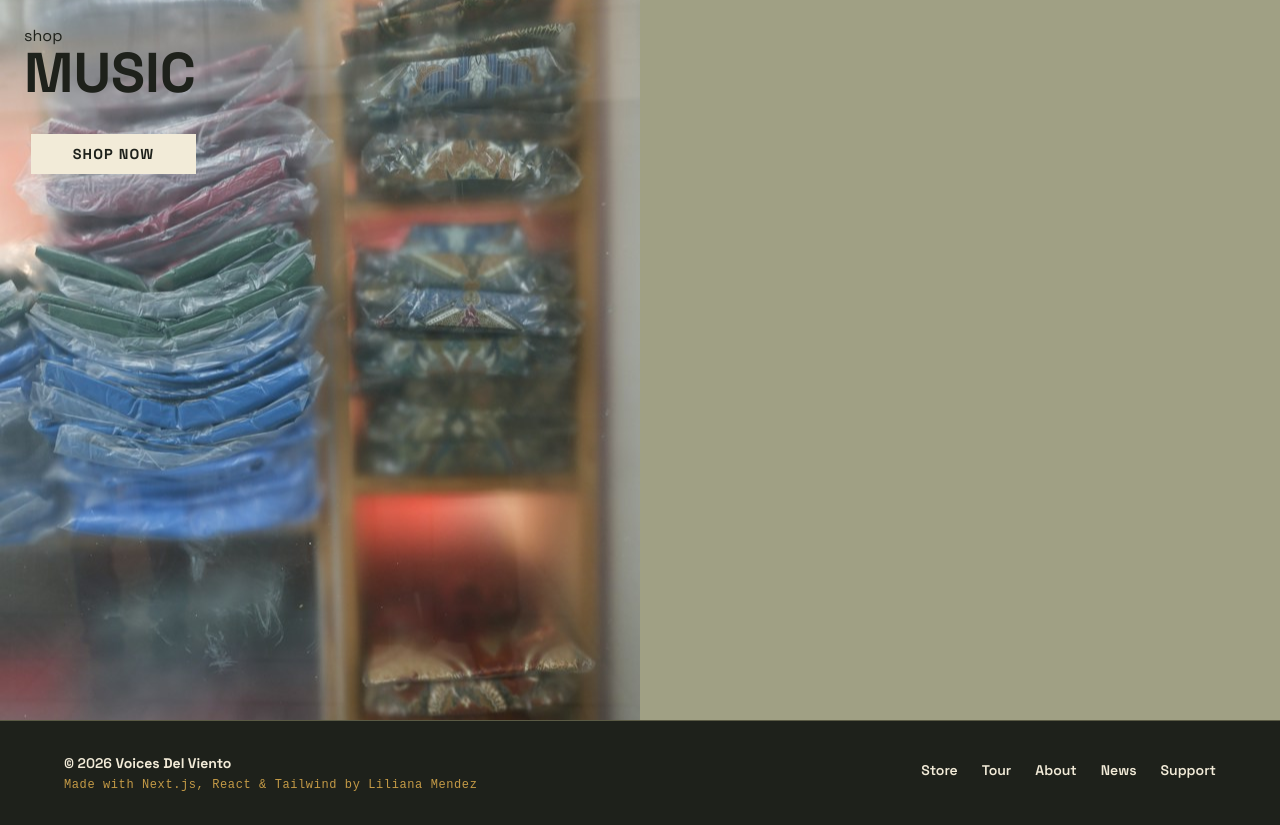
Repository: lime929/voices-del-viento
Page: /
The author's editor kept a copy of each file at every save. The page is drawn from the files as they stood at one save, then again after the next save.
The browser window is 1280 px wide. The pictures show the part of the page from y = 601 to 1426 px (the page is 1426 px tall).
The project was rebuilt for these pictures with package versions that can differ from the ones it lists, and the page was loaded fresh each time. The framework's server and built-in components were replaced by stand-ins that run in the browser. Also part of the build but not shown: next.config.mjs.

Above is the page before, as saved 2026-09-27 16:01:03.

### app/layout.jsx
import '../app/globals.css';
import Footer from '../app/components/Footer';
import NavBar from '../app/components/NavBar';


export const metadata = {
  title: "Voces del Viento",
  description:
    "Voces del Viento is a Mexican indie rock band from Michoacán, blending classic Latin rock influences with modern sounds inspired by Caifanes, Juanes, and Los Enanitos Verdes. Discover their heartfelt music, cultural roots, and energetic live performances.",
  keywords: [
    "Voces del Viento",
    "Mexican indie rock",
    "Michoacán, Mexico",
    "Latin rock",
    "Alternative music",
    "band from Mexico",
    "indie music",
  ],
};

export default function MainLayout({ children }) {
  return (
    <html lang="en">
      <body>
        <NavBar />
        {children}
        <Footer />
      </body>
    </html>
  );
}

### app/page.jsx
import styles from "./page.module.css"

export const metadata = {
  title: "Voces del Viento",
  description:
    "Welcome to the official website of Voces del Viento, a Mexican indie rock band from Michoacán blending classic Latin rock influences with modern indie sound.",
  keywords: [
    "Voces del Viento",
    "Mexican indie rock",
    "Mexican rock band",
    "Michoacán band",
    "Latin rock",
    "indie music",
    "Mexican alternative music",
    "Voces del Viento music",
    "new Mexican music",
    "live band performances",
    "band tour",
    "Mexican indie band",
  ],
};

export default function Home() {
  return (
    <>
    <main>
          <section className={styles.videoBanner}>
        <video
          className={styles.bannerVideo}
          autoPlay
          loop
          muted
          playsInline
          preload="metadata"
          aria-hidden="true"
        >
          <source src="/images/home/home-banner.mp4" type="video/mp4" />
        </video>

        <div className={styles.videoOverlay} />

        <div className={styles.videoContent}>
          <p className={styles.videoEyebrow}>new</p>
          <h1>noche eterna</h1>
          <p>
            Another story, told through music.
          </p>
          <a href="/store/music" className={styles.bannerButton}>shop now</a>
        </div>
      </section>

      <section className={styles.shopGrid}>
            <article className={styles.gridCard}>
      <p>shop</p>
      <h2>music</h2>
       <a href="/store/music" className={styles.bannerButton}>shop now</a>
    </article>
      </section>

    </main>

    </>
  );
}

### app/globals.css
/* @import url("https://fonts.googleapis.com/css2?family=Bebas+Neue&family=DM+Sans:opsz,wght@9..40,400;9..40,500;9..40,600;9..40,700&family=Space+Mono:wght@400;700&display=swap");
@import url('https://fonts.googleapis.com/css2?family=Space+Grotesk:wght@300..700&display=swap'); */

@import url('https://fonts.googleapis.com/css2?family=Archivo+Black&family=Bebas+Neue&family=DM+Sans:ital,opsz,wght@0,9..40,100..1000;1,9..40,100..1000&family=Oswald:wght@200..700&family=Roboto+Mono:ital,wght@0,100..700;1,100..700&family=Space+Grotesk:wght@300..700&display=swap');
@import "tailwindcss";

@theme {
      /* Large headings and album titles */
  --font-display: "Bebas Neue", sans-serif;
    /* Paragraphs, navigation, and buttons */
  --font-body: "Space Grotesk", sans-serif;
    /* Dates, labels, and small details */
  --font-mono: "Space Mono", monospace;

    /* Main page background */
  --color-band-bg: #A0A084;
    /* Main text, dark sections & footer */
  --color-band-ink: #1E211B;
    /* Text on dark/red backgrounds */
  --color-band-cream: #F2EBD8;
    /* Borders and secondary accents */
  --color-band-olive: #5a5a44;
    /* Small highlights and labels */
  --color-band-gold: #C49A46;
}

body {
  font-family: var(--font-body);
  background-color: var(--color-band-bg);
  color: var(--color-band-ink);
  margin: 0;
  padding: 0;
}

### app/components/Footer.jsx
'use client';

import { usePathname } from "next/navigation";
export default function Footer() {
    const pathname = usePathname();

  return (
    <footer className="border-t border-band-olive bg-band-ink py-8 px-4 sm:px-6">
      <div className="mx-auto max-w-6xl">
        <div className="flex flex-col items-center justify-between gap-8 text-sm md:flex-row">
          {/* Copyright */}
          <div className="order-2 text-center md:order-1 md:text-left">
            <p className="font-semibold text-band-cream">
              © {new Date().getFullYear()}{' '}
              <span className="font-black text-band-cream">Voices Del Viento</span>
            </p>
            <p className="mt-1 font-mono text-xs tracking-wider text-band-gold">
              Made with Next.js, React & Tailwind by Liliana Mendez
            </p>
          </div>

          {/* Right links */}
          <nav className="order-1 flex items-center gap-6 md:order-2">
            <a
              href="/store"
              className={`${
                      pathname === "/store" ? "border-b-2 border-band-gold text-band-gold" : "border-b-2 border-transparent text-band-cream hover:text-band-gold hover:border-band-gold"
                    } text-sm font-semibold pb-1 transition-all`}
            >
              Store
            </a>
            <a
              href="/tour"
              className={`${
                      pathname === "/tour" ? "border-b-2 border-band-gold text-band-gold" : "border-b-2 border-transparent text-band-cream hover:text-band-gold hover:border-band-gold"
                    } text-sm font-semibold pb-1 transition-all`}
            >
              Tour
            </a>
            <a
              href="/about"
              className={`${
                      pathname === "/about" ? "border-b-2 border-band-gold text-band-gold" : "border-b-2 border-transparent text-band-cream hover:text-band-gold hover:border-band-gold"
                    } text-sm font-semibold pb-1 transition-all`}
            >
              About
            </a>
            <a
              href="/news"
              className={`${
                      pathname === "/news" ? "border-b-2 border-band-gold text-band-gold" : "border-b-2 border-transparent text-band-cream hover:text-band-gold hover:border-band-gold"
                    } text-sm font-semibold pb-1 transition-all`}
            >
              News
            </a>
            <a
              href="/support"
              className={`${
                      pathname === "/support" ? "border-b-2 border-band-gold text-band-gold" : "border-b-2 border-transparent text-band-cream hover:text-band-gold hover:border-band-gold"
                    } text-sm font-semibold pb-1 transition-all`}
            >
              Support
            </a>
          </nav>
        </div>
      </div>
    </footer>
  );
}

### app/components/NavBar.jsx
'use client';
import { useState } from "react";
import Link from "next/link";
import Image from "next/image";
import { usePathname } from "next/navigation";
import { FaBars, FaTimes, FaFacebook, FaInstagram, FaYoutube, FaTwitter,FaSpotify } from "react-icons/fa";
import logoIcon from '../../app/icon.png';

export default function NavBar() {
  const [isMobileMenuOpen, setIsMobileMenuOpen] = useState(false);
  const pathname = usePathname();

  return (
    <>
      <nav className="bg-band-ink border-b border-band-olive sticky top-0 z-50">
        <div className="px-4 lg:px-6">
          <div className="relative flex h-24 items-center justify-between">

            {/* Mobile menu button: always positioned absolute left and hidden on md+ screens */}
            <div className="absolute inset-y-0 left-0 flex items-center md:hidden">
              <button
                onClick={() => setIsMobileMenuOpen(!isMobileMenuOpen)}
                className="inline-flex items-center justify-center p-2 rounded-md text-band-cream hover:text-band-gold hover:bg-band-olive/20 focus:outline-none focus:ring-2 focus:ring-band-gold"
                aria-controls="mobile-menu"
                aria-expanded={isMobileMenuOpen}
              >
                <span className="sr-only">Open main menu</span>
                {isMobileMenuOpen ? (
                  <FaTimes className="block h-6 w-6" />
                ) : (
                  <FaBars className="block h-6 w-6" />
                )}
              </button>
            </div>

            <div className="flex flex-1 items-center justify-center md:justify-start">
              <Link href="/" className="flex flex-shrink-0 items-center gap-2 hover:opacity-90 transition">
                <Image
                  src={logoIcon}
                  alt="Voices Del Viento Logo"
                  width={50}
                  height={50}
                  priority
                />

                <span className="hidden font-display text-4xl font-bold uppercase tracking-wide text-band-cream transition-colors hover:text-band-gold md:block md:mr-9">
                Voces Del Viento
                </span>
              </Link>


              <div className="hidden md:ml-6 md:block md:pt-2">
                <div className="flex space-x-4 lg:space-x-6">
                  <Link
                    href="/store"
                    className={`${
                      pathname === "/store" ? "border-b-2 border-band-gold text-band-gold" : "border-b-2 border-transparent text-band-cream hover:text-band-gold hover:border-band-gold"
                    } text-lg font-semibold pb-1 transition-all`}
                  >
                    Store
                  </Link>
                  <Link
                    href="/tour"
                    className={`${
                      pathname === "/tour" ? "border-b-2 border-band-gold text-band-gold" : "border-b-2 border-transparent text-band-cream hover:text-band-gold hover:border-band-gold"
                    } text-lg font-semibold pb-1 transition-all`}
                  >
                    Tour
                  </Link>
                  <Link
                    href="/about"
                    className={`${
                      pathname === "/about" ? "border-b-2 border-band-gold text-band-gold" : "border-b-2 border-transparent text-band-cream hover:text-band-gold hover:border-band-gold"
                    } text-lg font-semibold pb-1 transition-all`}
                  >
                    About
                  </Link>
                  <Link
                    href="/news"
                    className={`${
                      pathname === "/news" ? "border-b-2 border-band-gold text-band-gold" : "border-b-2 border-transparent text-band-cream hover:text-band-gold hover:border-band-gold"
                    } text-lg font-semibold pb-1 transition-all`}
                  >
                    News
                  </Link>
                  <Link
                    href="/support"
                    className={`${
                      pathname === "/support" ? "border-b-2 border-band-gold text-band-gold" : "border-b-2 border-transparent text-band-cream hover:text-band-gold hover:border-band-gold"
                    } text-lg font-semibold pb-1 transition-all`}
                  >
                    Support
                  </Link>
                </div>
              </div>
            </div>

            <div className="absolute inset-y-0 right-0 flex items-center pr-2 md:static md:ml-6 md:pr-0">
              <div className="flex items-center gap-2 text-band-cream">
             <a href="https://www.facebook.com/" target="_blank" className="relative p-2 rounded-full transition-transform duration-250 ease-in-out hover:scale-110 hover:text-band-gold">
                    <FaFacebook className="h-6 w-6" />
                </a>
             <a href="https://www.instagram.com/" target="_blank" className="relative p-2 rounded-full transition-transform duration-250 ease-in-out hover:scale-110 hover:text-band-gold">
                    <FaInstagram className="h-6 w-6"/>
                </a>
             <a href="https://www.youtube.com/" target="_blank" className="relative p-2 rounded-full transition-transform duration-250 ease-in-out hover:scale-110 hover:text-band-gold">
                    <FaYoutube className="h-6 w-6" />
                </a>
             <a href="https://www.x.com/" target="_blank" className="relative p-2 rounded-full transition-transform duration-250 ease-in-out hover:scale-110 hover:text-band-gold">
                    <FaTwitter className="h-6 w-6" />
                </a>
            <a href="https://www.spotify.com/" target="_blank" className="relative p-2 rounded-full transition-transform duration-250 ease-in-out hover:scale-110 hover:text-band-gold">
                    <FaSpotify className="h-6 w-6" />
                </a>
              </div>
            </div>
          </div>
        </div>

        {/* Mobile menu */}
        {isMobileMenuOpen && (
          <div className="md:hidden bg-band-ink/95 backdrop-blur-md border-t border-band-olive px-4 pb-4 pt-2 space-y-1">
            <Link
              href="/store"
              className={`${
                pathname === "/store" ? "bg-band-olive/20 text-band-cream" : "border-b-2 border-transparent text-band-cream hover:bg-band-olive/20 hover:text-band-gold"
              } block rounded-md px-3 py-3 text-base font-semibold transition-colors`}
              onClick={() => setIsMobileMenuOpen(false)}
            >
              Store
            </Link>
            <Link
              href="/tour"
              className={`${
                pathname === "/tour" ? "bg-band-olive/20 text-band-cream" : "border-b-2 border-transparent text-band-cream hover:bg-band-olive/20 hover:text-band-gold"
              } block rounded-md px-3 py-3 text-base font-semibold transition-colors`}
              onClick={() => setIsMobileMenuOpen(false)}
            >
              Tour
            </Link>
            <Link
              href="/about"
              className={`${
                pathname === "/about" ? "bg-band-olive/20 text-band-cream" : "border-b-2 border-transparent text-band-cream hover:bg-band-olive/20 hover:text-band-gold"
              } block rounded-md px-3 py-3 text-base font-semibold transition-colors`}
              onClick={() => setIsMobileMenuOpen(false)}
            >
              About
            </Link>
            <Link
              href="/news"
              className={`${
                pathname === "/news" ? "bg-band-olive/20 text-band-cream" : "border-b-2 border-transparent text-band-cream hover:bg-band-olive/20 hover:text-band-gold"
              } block rounded-md px-3 py-3 text-base font-semibold transition-colors`}
              onClick={() => setIsMobileMenuOpen(false)}
            >
              News
            </Link>
            <Link
              href="/support"
              className={`${
                pathname === "/support" ? "bg-band-olive/20 text-band-cream" : "border-b-2 border-transparent text-band-cream hover:bg-band-olive/20 hover:text-band-gold"
              } block rounded-md px-3 py-3 text-base font-semibold transition-colors`}
              onClick={() => setIsMobileMenuOpen(false)}
            >
              Support
            </Link>
          </div>
        )}
      </nav>
    </>
  );
}

### app/page.module.css
/* BANNER */
.videoBanner {
  position: relative;
  display: grid;
  min-height: clamp(28rem, 70vh, 48rem);
  overflow: hidden;
  place-items: end start;
  background-color: var(--color-band-ink);
  color: var(--color-band-cream);
}

.bannerVideo {
  position: absolute;
  inset: 0;
  width: 100%;
  height: 100%;
  object-fit: cover;
  object-position: center;
}

.videoOverlay {
  position: absolute;
  inset: 0;
  background: linear-gradient(
    90deg,
    rgba(20, 20, 18, 0.75) 0%,
    rgba(20, 20, 18, 0.42) 55%,
    rgba(20, 20, 18, 0.1) 100%
  );
}

.videoContent {
  position: relative;
  z-index: 1;
  max-width: 48rem;
  padding: clamp(1.5rem, 5vw, 5rem);
}

.videoEyebrow {
  margin: 0 0 0.75rem;
  color: var(--color-band-gold);
  font-size: 0.75rem;
  font-weight: 700;
  letter-spacing: 0.14em;
  text-transform: uppercase;
}

.videoContent h1 {
  margin: 0;
  font-size: clamp(3rem, 8vw, 5rem);
  line-height: 0.9;
  font-weight: 900;
  white-space: nowrap;
  text-transform: uppercase;
}

.videoContent p {
  max-width: 35rem;
  margin: 1.25rem 0.5rem 0.5rem;
  font-size: clamp(1rem, 2vw, 1.25rem);
  line-height: 1.6;
}

.bannerButton {
  display: inline-flex;
  align-items: center;
  justify-content: center;
  width: 165px;
  height: 40px;
  margin: 2.25rem 0.44rem 0;
  border: 1px solid var(--color-band-cream);
  background: var(--color-band-cream);
  color: var(--color-band-ink);
  font-size: 0.9rem;
  font-weight: 700;
  letter-spacing: 0.08em;
  text-transform: uppercase;
  text-decoration: none;
  transition: background-color 0.2s ease, color 0.2s ease, border-color 0.2s ease;
}

.bannerButton:hover {
  background: var(--color-band-ink);
  color: var(--color-band-cream);
  border-color: var(--color-band-cream);
}

@media (max-width: 640px) {
  .videoBanner {
    min-height: 34rem;
  }

  .videoOverlay {
    background: linear-gradient(
      0deg,
      rgba(20, 20, 18, 0.82) 0%,
      rgba(20, 20, 18, 0.18) 100%
    );
  }
}

/* shop grid */
 .shopGrid {
  display: grid;
  grid-template-columns: repeat(2, minmax(0, 1fr));
  min-height: 100vh;
}

.gridCard p {

}
.gridCard h2 {
  margin: 0;
  font-size: clamp(1.5rem, 8vw, 3.5rem);
  line-height: 0.9;
  font-weight: 900;
  white-space: nowrap;
  text-transform: uppercase;
}
.gridCard {
  display: flex;
  flex-direction: column;
  padding: 1.5rem;
  min-height: 100%;
  color: var(--color-band-ink);
  background-image: url("/images/home/merch.jpg");
  background-size: cover;
  background-position: center;
}

After the next save:
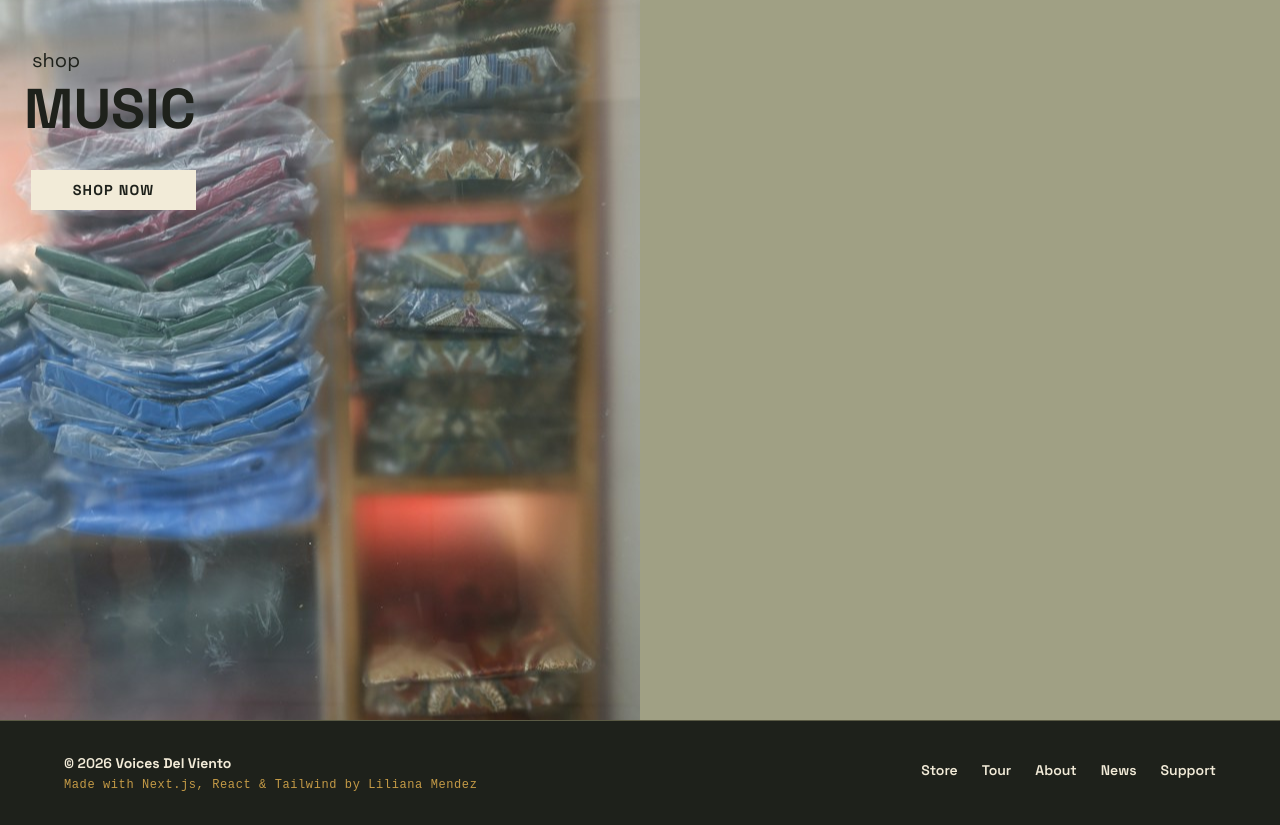
Saved 28 s later.
--- a/app/page.module.css
+++ b/app/page.module.css
@@ -107,7 +107,10 @@
 }
 
 .gridCard p {
-
+  max-width: 35rem;
+  margin: 1.25rem 0.5rem 0.5rem;
+  font-size: clamp(1rem, 2vw, 1.25rem);
+  line-height: 1.6;
 }
 .gridCard h2 {
   margin: 0;
